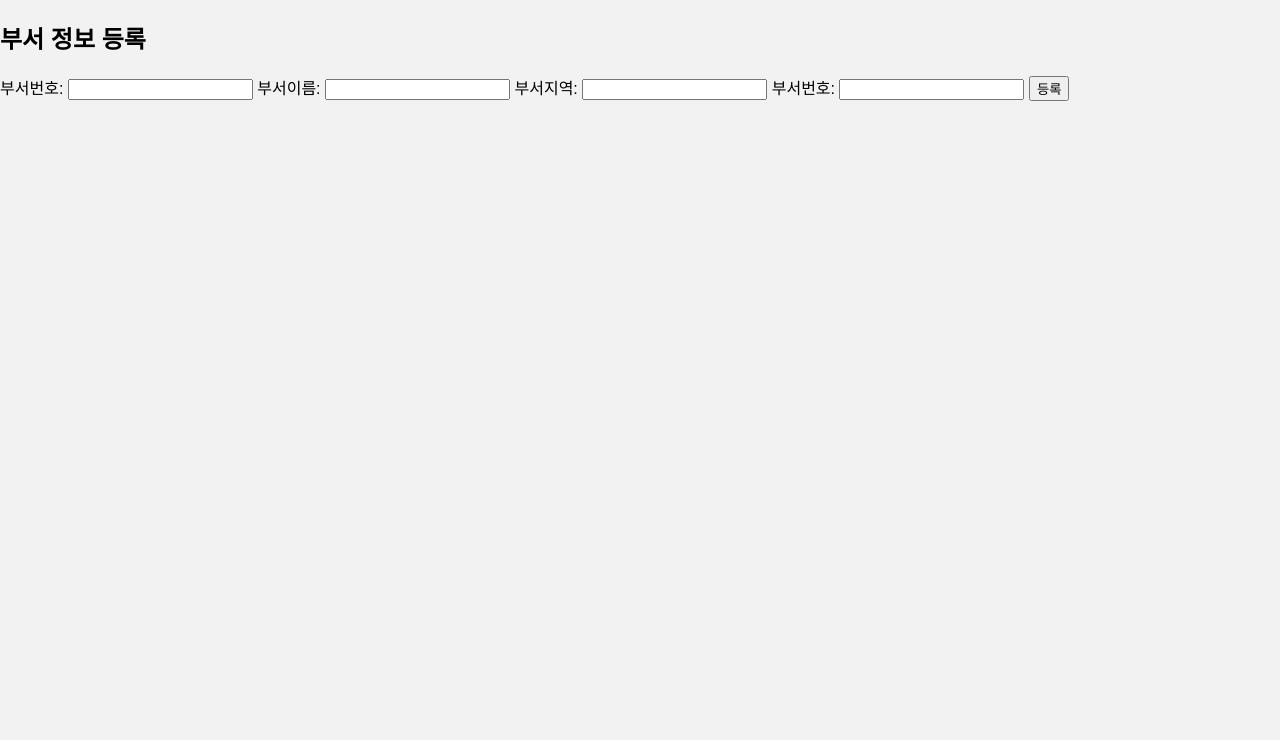
Repository: sieoh/2024html-
Page: http://localhost/jspweb_08/departform.jsp
These files come from the project's save history. The page is drawn as it stood at one moment and after the next save; the edit follows.
The browser window is 1280 px wide. The pictures show the whole page.
The page is served by Tomcat 9. Other server files are loaded and not shown.

Above is the page before, as saved 2024-01-12 03:11:02.

### workspace_sts/jspweb_08/src/main/webapp/departform.jsp
<%@ page language="java" contentType="text/html; charset=UTF-8"
    pageEncoding="UTF-8"%>
<%@ page import="java.sql.*" %>
<%@ page import="utils.DBConfig" %>
<!DOCTYPE html>
<html>
<head>
<meta charset="UTF-8">
<title>Insert title here</title>
<style type="text/css">
	body{
		font-family: Arial, sans-serif;
		background-color: #f2f2f2;
		margin: 0;
		padding: 0;
		justify-content: center;
		align-items: center;
		height: 100vh;
	}
	.department-form{
		background-color: #ffff;
		padding: 20px;
		border-radius: 5px;
		box-shadow: 0 0 10px rgba(0, 0, 0, 0.1);
	}
</style>
</head>
<body>
	<div id="department-form">
		<h2>부서 정보 등록</h2>
		<form id="departmentform">
			<label for="departId">부서번호:</label>
			<input type="text" id="departId" name="departId" required>

			<label for="departName">부서이름:</label>
			<input type="text" id="departName" name="departName" required>

			<label for="location">부서지역:</label>
			<input type="text" id="location" name="location" required>

			<label for="departnumber">부서번호:</label>
			<input type="text" id="departnumber" name="departnumber" required>

			<button type="submit">등록</button>
		</form>
	</div>
    <script src="js/jquery-3.7.1.min.js"></script>
	<script>
		$(document).ready(function(){
			$('#departmentform').submit(function(event){
				event.preventDefault();

				var departId=$('#departId').val();
				var departName=$('#departName').val();
				var location=$('#location').val();
				var departnumber=$('#departnumber').val();

				console.log('부서번호',departId);
				console.log('부서이름',departName);
				console.log('부서지역',location);
				console.log('부서번호',departnumber);
			});
		});
	</script>
</body>
</html>

Loaded but not shown: workspace_sts/jspweb_08/src/main/webapp/js/jquery-3.7.1.min.js (library)

After the next save:
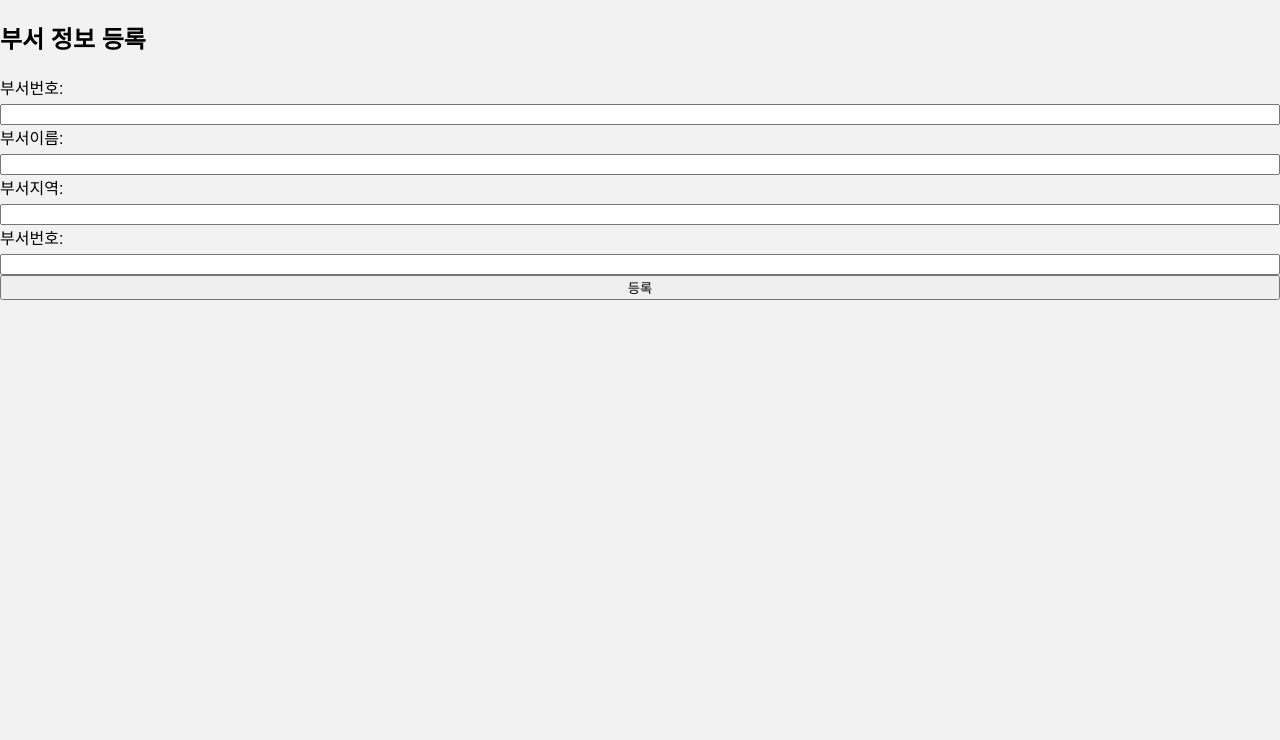
Saved 108 s later.
--- a/workspace_sts/jspweb_08/src/main/webapp/departform.jsp
+++ b/workspace_sts/jspweb_08/src/main/webapp/departform.jsp
@@ -22,6 +22,13 @@
 		padding: 20px;
 		border-radius: 5px;
 		box-shadow: 0 0 10px rgba(0, 0, 0, 0.1);
+	}
+	form{
+		display: flex;
+		flex-direction: column;
+	}
+	label{
+		margin-bottom: 5px;
 	}
 </style>
 </head>
